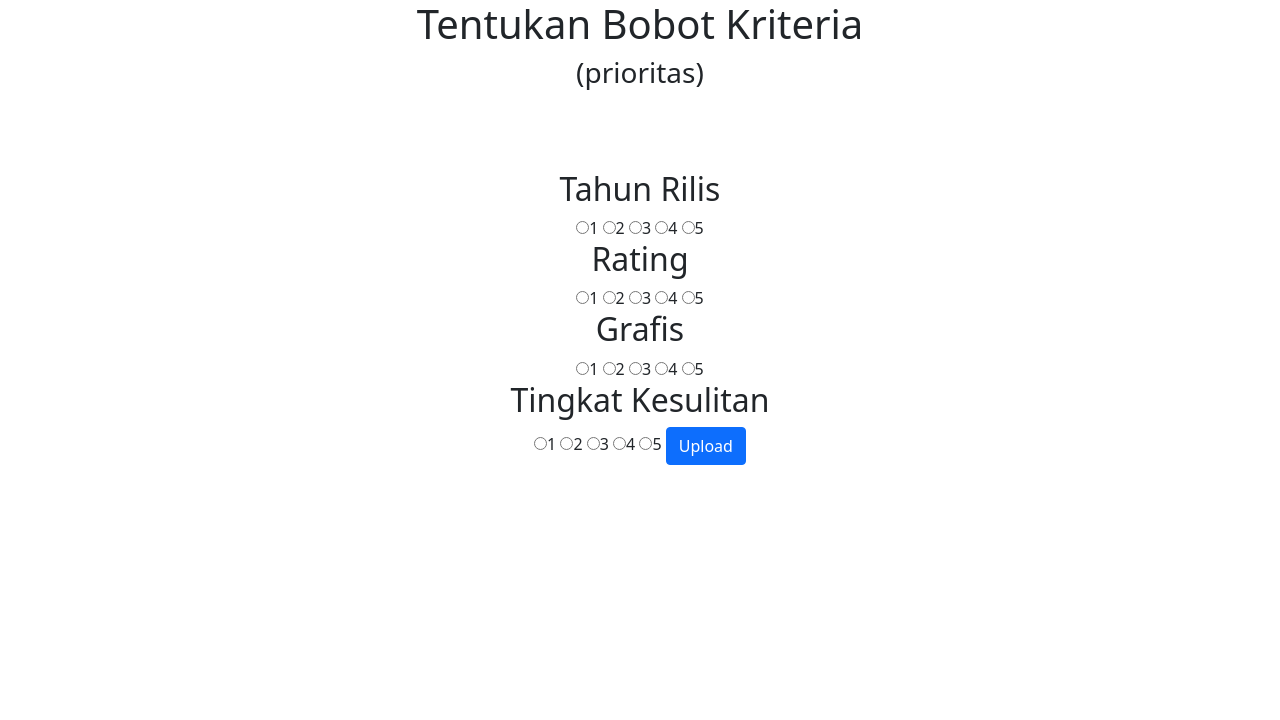
Repository: aqordeon/SPKWP
Page: http://localhost/hitungKriteria.php
These files come from the project's save history. The page is drawn as it stood at one moment and after the next save; the edit follows.
The browser window is 1280 px wide. The pictures show the whole page.
The page is run by PHP 8.4 with error messages shown; the project is at /var/www/html/. Queries for data that is not in the repository find no rows.

Above is the page before, as saved 2021-01-09 23:58:10.

After the next save:
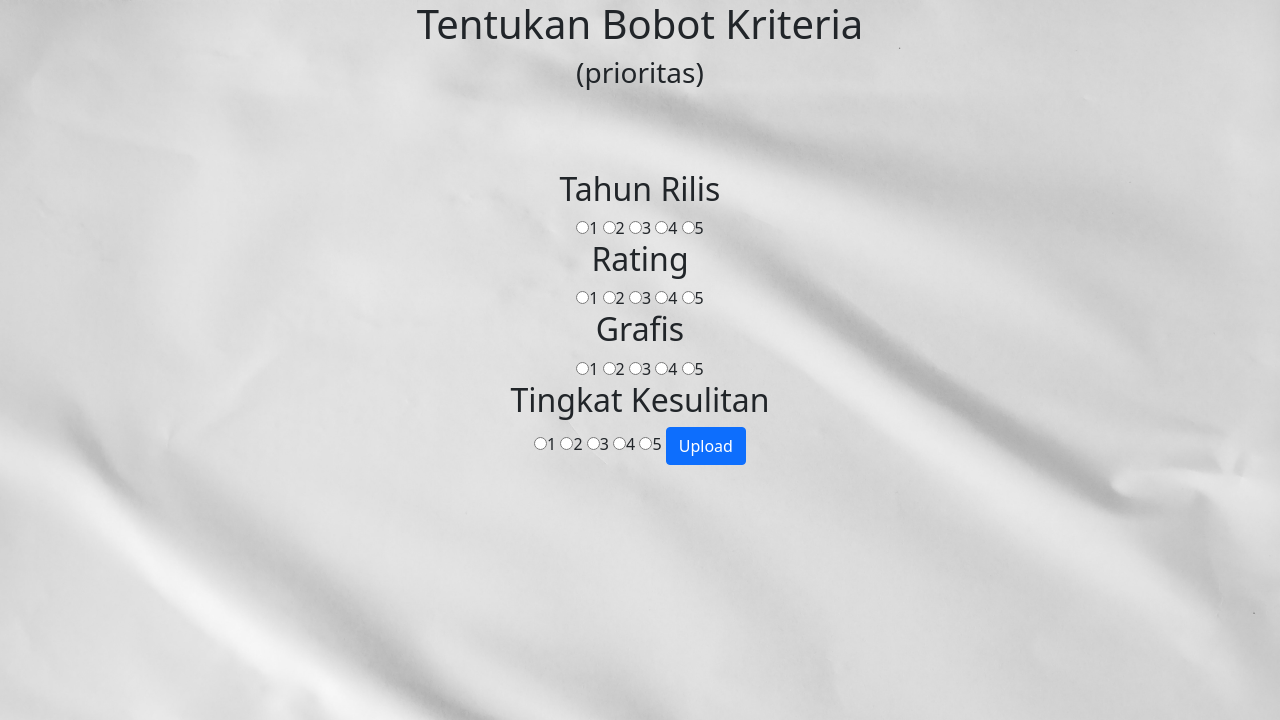
Saved 21 s later.
--- a/hitungKriteria.php
+++ b/hitungKriteria.php
@@ -8,6 +8,13 @@
     <meta name="viewport" content="width=device-width, initial-scale=1.0">
     <title>Document</title>
     <link rel="stylesheet" href="bootstrap.css" type="text/css" />
+    <style>
+        body {
+            background-image: url("images/whitepaper.jpg");
+            background-color: #cccccc;
+            background-size: cover;
+        }
+    </style>
 </head>
 <body>
     <div class="container">
